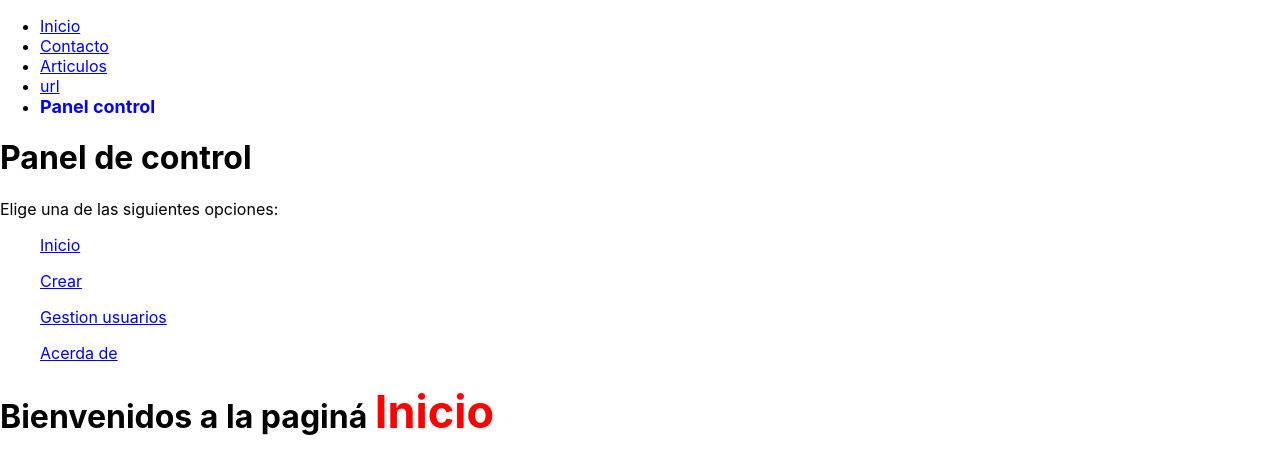
Repository: DamianBermudez94/react-router
Page: /panel/inicio
These files come from the project's save history. The page is drawn as it stood at one moment and after the next save; the edit follows.
The browser window is 1280 px wide. The pictures show the whole page.
The project was rebuilt for these pictures with package versions that can differ from the ones it lists, and the page was loaded fresh each time. Also part of the build but not shown: src/components/Inicio.js, src/components/Articulos.js, src/components/Contacto.js, src/components/Error.js, src/components/ParametrosRutas.js, src/components/panel/Acerda.js, src/components/panel/Gestion.js, src/components/panel/Crear.js.

Above is the page before, as saved 2023-05-01 10:57:02.

### src/App.js

import './App.css';
import { RouterPrincipal } from './routers/RouterPrincipal';

function App() {
  return (
    <RouterPrincipal/>
  );
}

export default App;

### src/App.css
.App {
  text-align: center;
}

.App-logo {
  height: 40vmin;
  pointer-events: none;
}

@media (prefers-reduced-motion: no-preference) {
  .App-logo {
    animation: App-logo-spin infinite 20s linear;
  }
}

.App-header {
  background-color: #282c34;
  min-height: 100vh;
  display: flex;
  flex-direction: column;
  align-items: center;
  justify-content: center;
  font-size: calc(10px + 2vmin);
  color: white;
}
.title-panel_inicio{
  font-size: 45px;
  color: red;
}
.App-link {
  color: #61dafb;
}
.activado{
  font-size: 18px;
  text-decoration: none;
  color: blue;
  font-weight: bold;


}
@keyframes App-logo-spin {
  from {
    transform: rotate(0deg);
  }
  to {
    transform: rotate(360deg);
  }
}

### src/routers/RouterPrincipal.js
import React from 'react'
import { Routes, Route, NavLink, BrowserRouter, Navigate} from "react-router-dom";
import { Inicio } from '../components/Inicio'
import { Articulos } from '../components/Articulos';
import { Contacto } from '../components/Contacto';
import { Error } from '../components/Error'
import { ParametrosRutas } from '../components/ParametrosRutas';
import { PanelControl } from '../components/PanelControl';
import { Acerda } from '../components/panel/Acerda';
import { InicioPanel } from '../components/panel/Inicio';
import { Gestion } from '../components/panel/Gestion';
import { Crear } from '../components/panel/Crear';
export const RouterPrincipal = () => {
  return (
    <div>
        <BrowserRouter>
            <nav>
                <ul>
                  <li>
                      <NavLink to="/inicio" className={({isActive}) => isActive ?   "activado" : "" }>
                      Inicio
                      </NavLink></li>
                  <li>
                      <NavLink to="/contacto"  className={({isActive}) =>       isActive ? "activado" : "" }>
                      Contacto
                      </NavLink>
                    </li>
                  <li>
                      <NavLink to="/articulos"  className={({isActive}) => isActive ? "activado" : "" }>
                      Articulos
                      </NavLink>
                    </li>
                    <li>
                      <NavLink to="/persona"  className={({isActive}) => isActive ? "activado" : "" }>
                      url
                      </NavLink>
                    </li>

                    <li>
                      <NavLink to="/panel"  className={({isActive}) => isActive ? "activado" : "" }>
                      Panel control
                      </NavLink>
                    </li>
                </ul>
            </nav>
            <Routes>
                <Route path='/' element={<Inicio/>}/>
                <Route path='/inicio' element={<Inicio/>}/>
                <Route path='/contacto' element={<Contacto/>}/>
                <Route path='/articulos' element={<Articulos />}/>
                <Route path='/persona/:nombre/:apellido' element={<ParametrosRutas/>}/>
                <Route path='/persona/:nombre' element={<ParametrosRutas/>}/>
                <Route path='/persona' element={<ParametrosRutas/>}/>
                <Route path='/redirigir' element={<Navigate to="/persona/damian/bermudez"/>}/>
                <Route path='*' element={<Error/>}/>
                <Route path='/panel/*' element={<PanelControl/>}>
                    <Route index element={<InicioPanel/>}/>
                    <Route path='inicio' element={<InicioPanel/>}/>
                    <Route path='crear' element={<Crear/>}/>
                    <Route path='gestio-usuarios' element={<Gestion/>}/>
                    <Route path='acerda-de' element={<Acerda/>}/>
                </Route>
            </Routes>

        </BrowserRouter>

    </div>
  )
}

### src/components/PanelControl.js
import React from 'react'
import { NavLink, Outlet } from 'react-router-dom'

export const PanelControl = () => {
  return (
    <div>
        <h1>Panel de control</h1>
        <span>Elige una de las siguientes opciones:</span>
        <nav>
            <ul>
                <NavLink to="/panel/inicio">Inicio</NavLink>
            </ul>
            <ul>
                <NavLink to="/panel/crear">Crear</NavLink>
            </ul>
            <ul>
                <NavLink to="/panel/gestion-usuarios">Gestion usuarios</NavLink>
            </ul>
            <ul>
                <NavLink to="/panel/acerda-de">Acerda de</NavLink>
            </ul>
        </nav>
        <div>
            {/*Contenedor donde se van a mostar las sub rutas*/}
            <Outlet/>
        </div>
    </div>
  )
}

### src/components/panel/Inicio.js
import React from 'react'

export const InicioPanel = () => {
  return (
    <div>
       <h1>Bienvenidos a la paginá <span className='title-panel_inicio'>Inicio</span></h1>
    </div>
  )
}

Loaded but not shown: public/index.html (common file); src/index.js (common file); src/index.css (common file)

After the next save:
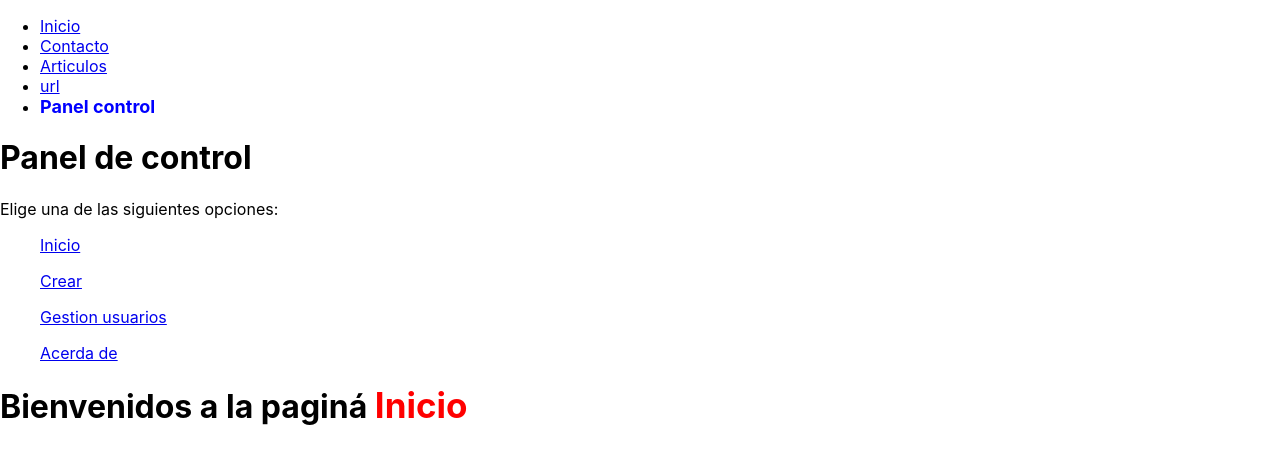
Saved 8 s later.
--- a/src/App.css
+++ b/src/App.css
@@ -24,7 +24,7 @@
   color: white;
 }
 .title-panel_inicio{
-  font-size: 45px;
+  font-size: 35px;
   color: red;
 }
 .App-link {
